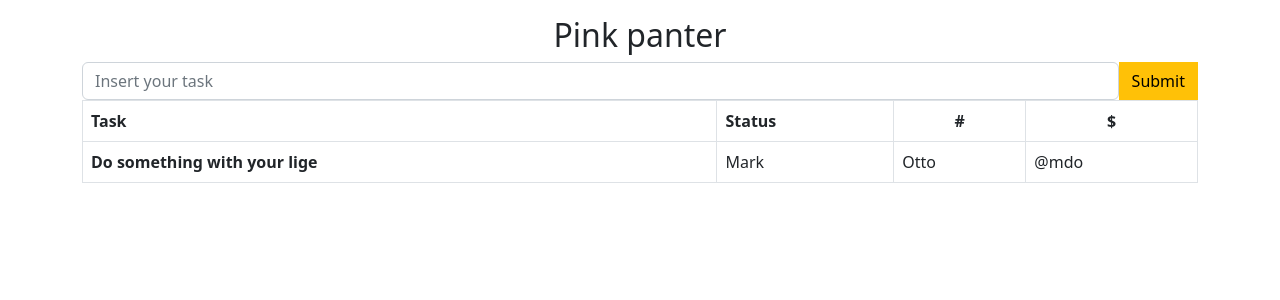
Repository: Wladomax/todo-vue
Page: /
These files come from the project's save history. The page is drawn as it stood at one moment and after the next save; the edit follows.
The browser window is 1280 px wide. The pictures show the whole page.
The project was rebuilt for these pictures with package versions that can differ from the ones it lists, and the page was loaded fresh each time. Also part of the build but not shown: vue.config.js.

Above is the page before, as saved 2023-01-01 11:49:23.

After the next save:
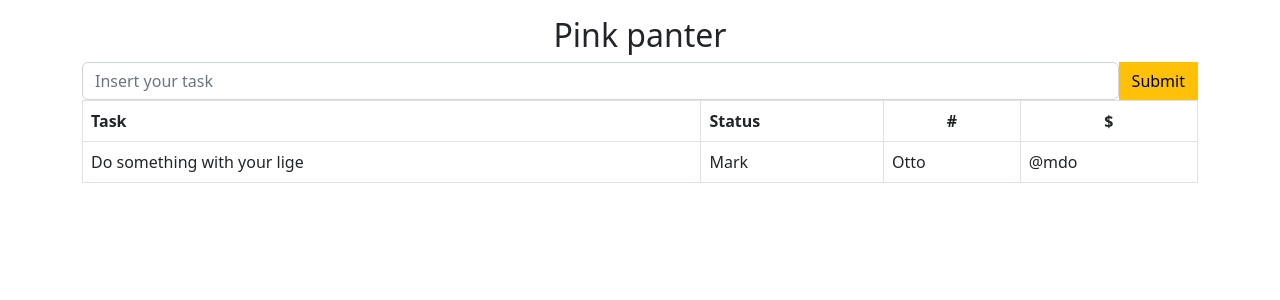
Saved 17 s later.
--- a/src/components/ToDo.vue
+++ b/src/components/ToDo.vue
@@ -20,7 +20,7 @@
       </thead>
       <tbody>
         <tr>
-          <th scope="row">Do something with your lige</th>
+          <td>Do something with your lige</td>
           <td>Mark</td>
           <td>Otto</td>
           <td>@mdo</td>
